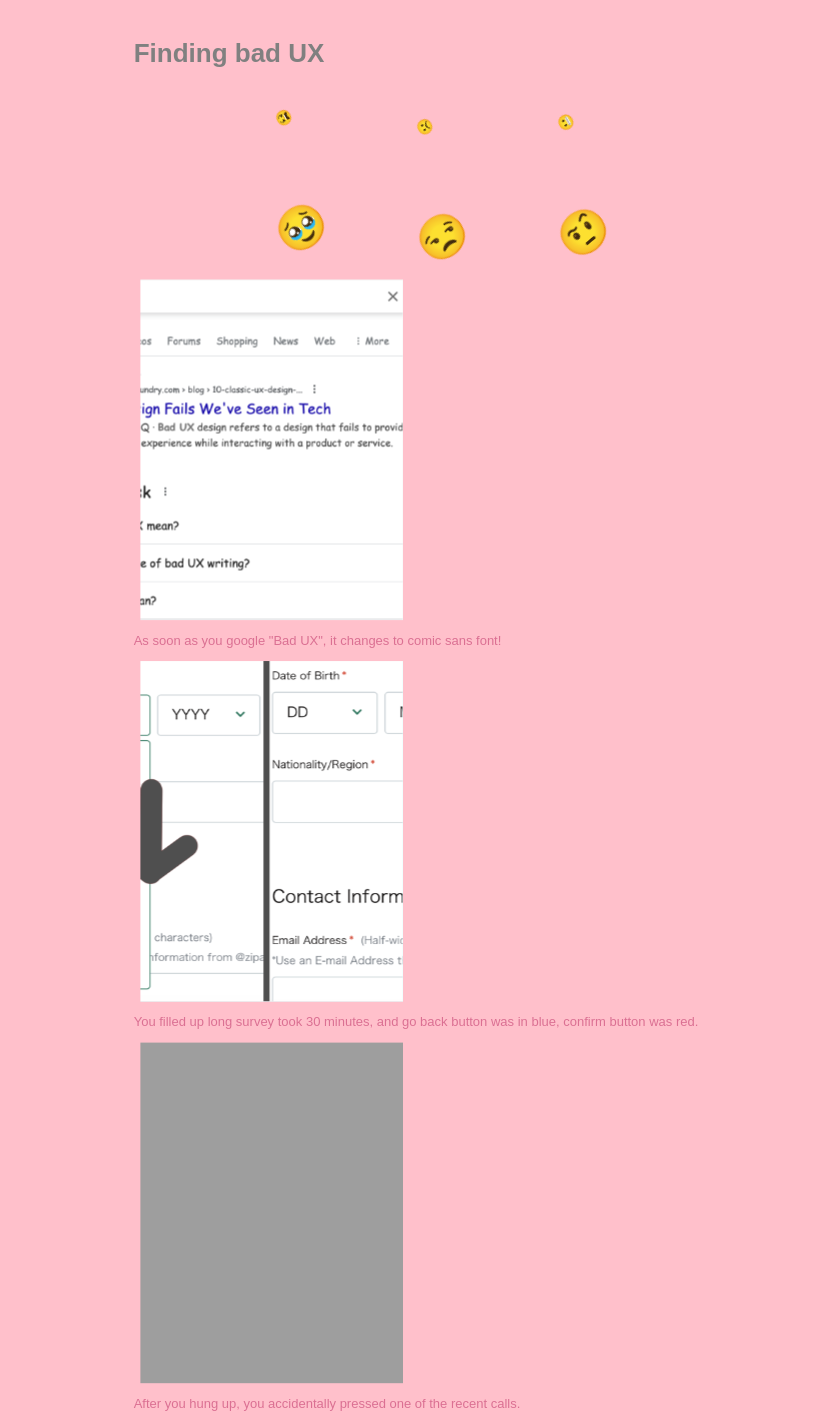
Repository: j1s00jang/MDIA-2109
Page: index.html
These files come from the project's save history. The page is drawn as it stood at one moment and after the next save; the edit follows.
The browser window is 1280 px wide. The pictures show the whole page, at 65% of full size.
Pictures or frames that could not be fetched are drawn as grey boxes. Some web libraries are served in a nearby version.

Above is the page before, as saved 2025-02-24 15:03:33.

After the next save:
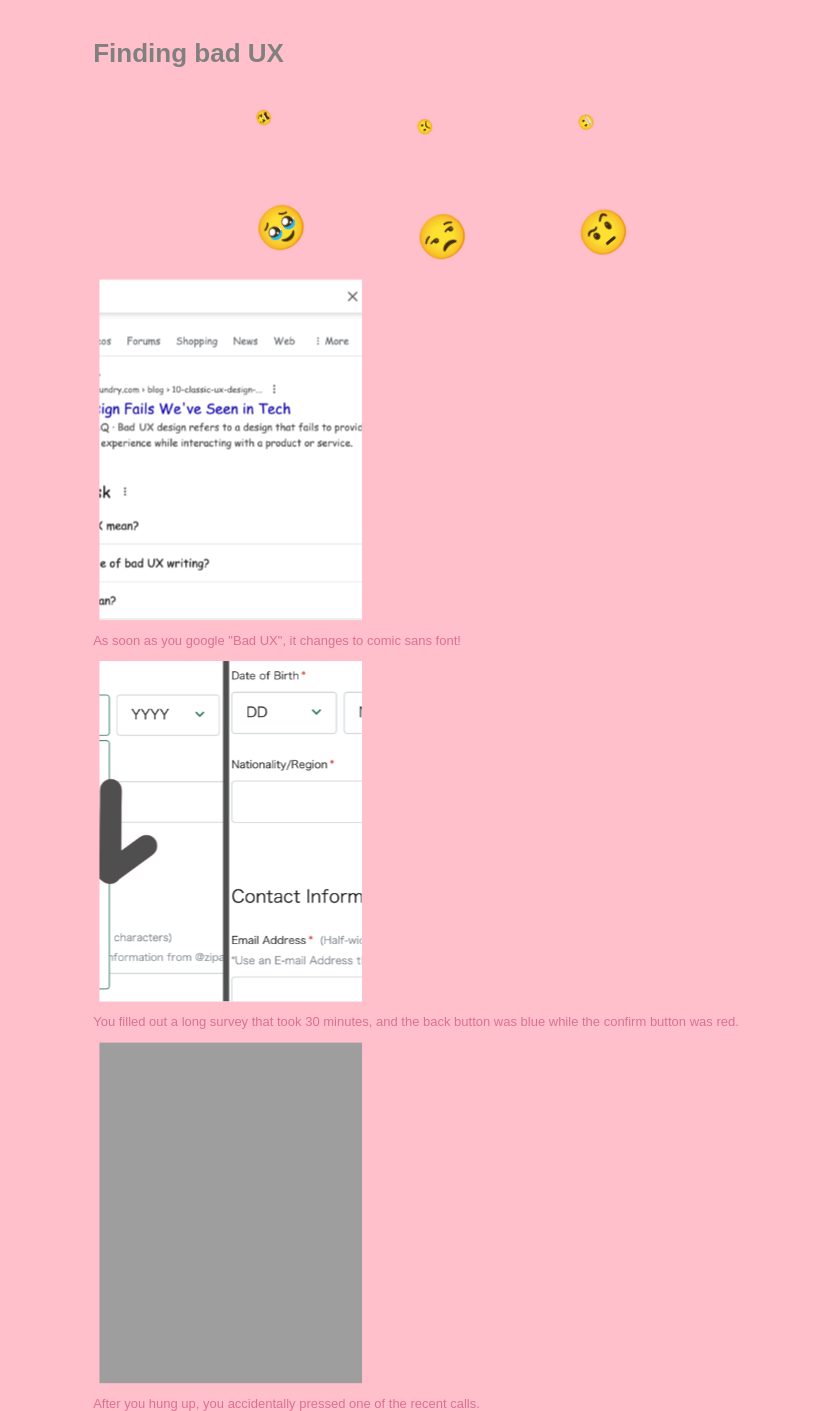
Saved 29 s later.
--- a/index.html
+++ b/index.html
@@ -29,7 +29,7 @@
             <div class="second">
                 <img src="css/second.png" alt="confirm button in red" class="second_photo">
             </div>
-            <p>You filled up long survey took 30 minutes, and go back button was in blue, confirm button was red.</p>
+            <p>You filled out a long survey that took 30 minutes, and the back button was blue while the confirm button was red.</p>
 
             <div class="third">
                 <img src="css/third.jpeg" alt="iphone's recents calling list" class="third_photo">
